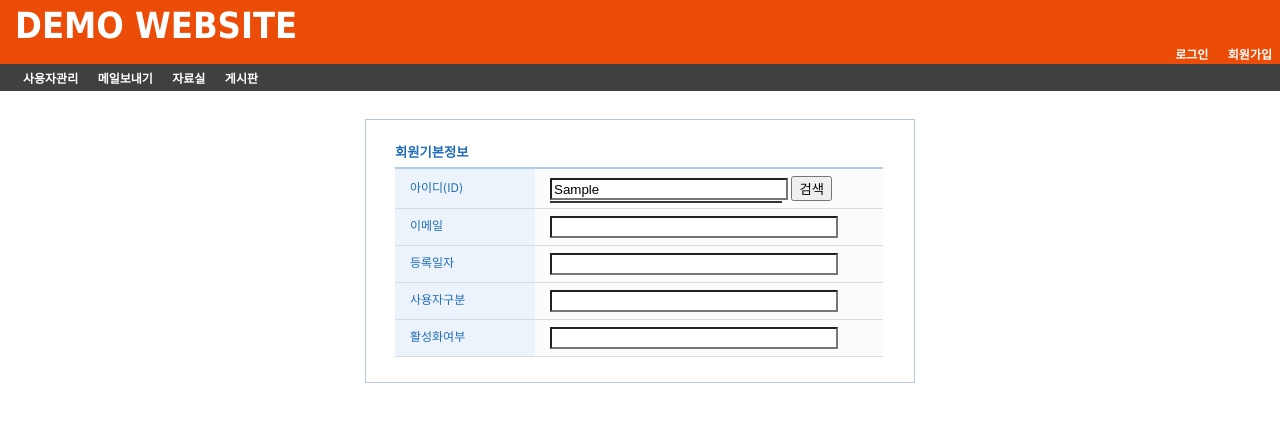
Repository: superThisMe/spring-basic
Page: http://localhost/07.spring-ajax/member-search-four
These files come from the project's save history. The page is drawn as it stood at one moment and after the next save; the edit follows.
The browser window is 1280 px wide. The pictures show the whole page.
Empty fields were first filled with sample values (such as "Sample", 5 or name@example.com).
After loading, the first visible `#memberId` was changed once.
The page is served by Tomcat 9. Other server files are loaded and not shown. Queries for data that is not in the repository find no rows.

Above is the page before, as saved 2020-01-03 07:05:10.

### 07.spring-ajax/src/main/webapp/WEB-INF/views/account/update4.jsp
<%@page import="com.demoweb.vo.Member"%>
<%@ page language="java" contentType="text/html; charset=utf-8"
	pageEncoding="utf-8"%>

<!DOCTYPE html>

<html>
<head>
<meta charset="utf-8" />
<title>사용자등록</title>
<link rel="Stylesheet" href="/ajax/resources/styles/default.css" />
<link rel="Stylesheet" href="/ajax/resources/styles/input.css" />

</head>
<body>

	<div id="pageContainer">

		<jsp:include page="/WEB-INF/views/modules/header.jsp" />

		<div id="inputcontent">
			<br /> <br />
			<div id="inputmain">
				<div class="inputsubtitle">회원기본정보</div>

				<form autocomplete="off">
					<table>
						<tr>
							<th>아이디(ID)</th>
							<td><input type="text" id="memberId" name="memberId"
								style="width: 230px" />
								<button id="search-button">검색</button></td>
						</tr>
						<tr>
							<th>이메일</th>
							<td><input type="text" id="email" name="email"
								style="width: 280px" readonly="readonly" /></td>
						</tr>
						<tr>
							<th>등록일자</th>
							<td><input type="text" id="regDate" name="regDate"
								style="width: 280px" readonly="readonly" /></td>
						</tr>
						<tr>
							<th>사용자구분</th>
							<td><input type="text" id="userType" name="userType"
								style="width: 280px" readonly="readonly" /></td>
						</tr>
						<tr>
							<th>활성화여부</th>
							<td><input type="text" id="active" name="active"
								style="width: 280px" readonly="readonly" /></td>
						</tr>

					</table>
					<div></div>
				</form>
			</div>
		</div>

	</div>
	<script src="https://code.jquery.com/jquery-3.4.1.js"></script>
	<script type="text/javascript">
		$(function() {
			$('#search-button').on('click', function(event) {

				var memberId = $('#memberId').val();
				if (!memberId) { // !memberId : memberId == null || memberId.length == 0
					alert('검색할 아이디를 입력하세요');
					$('#memberId').focus();
				}
				$.ajax({
					"url" : "search-member3",
					"method" : "GET",
					"async" : true,
					"data" : {
						"memberId" : memberId
					},
					"dataType" : "JSON",
					"success" : function(member, status, xhr) {
						if (member.error) {
							alert(member.error);
							return;
						}

						$('#email').val(member.email);
						// var regDate = new Date(member.regDate);
						// $('#regDate').val(regDate.getFullYear() + "-" + (regDate.getMonth() + 1) + "-" + regDate.getDate());
						$('#regDate').val(member.regDate);
						$('#userType').val(member.userType);
						$('#active').val(member.active ? "활성사용자" : "비활성사용자");
					},
					"error" : function(xhr, status, err) {
						alert(err);
					}
				});

			});

			var outerBox = $('<div></div>');
			outerBox.css({
				"border" : "solid 1px",
				"background-color" : "white",
				"width" : "230px",
				"display" : "none",
				"position" : "absolute",
				"left" : getLeft(),
				"top" : getTop()
			});
			$('body').append(outerBox);

			$('html').on('click', function(event) {
				outerBox.css('display', 'none');
			})

			$('#memberId').on('keyup', function(event) {

				var keyword = $(this).val();

				if (keyword.length == 0) {
					return;
				}

				$.ajax({
					"url" : "get-suggestions",
					"data" : {
						"keyword" : keyword
					},
					"success" : function(resp, status, xhr) {
						if (resp.error) {
							console.log(resp.error);
							return;
						}
						outerBox.empty();

						for (var i = 0; i < resp.length; i++) {
							var innerBox = $('<div></div>');
							innerBox.text(resp[i]);
							innerBox.css({
								"padding" : "5px"
							});
							innerBox.hover(function(event) {
								$(this).css('background-color', 'lightgray');
							}, function(event) {
								$(this).css('background-color', 'white');
							});
							innerBox.on('click', function(event) {
								$('#memberId').val($(this).text())
								outerBox.css('display', 'none');
							});
							outerBox.append(innerBox);
						}

						outerBox.css("display", "block");
					},
					"error" : function(xhr, status, err) {
						return err;
					}
				});

			});

			function getTop() {
				var t = document.getElementById("memberId");

				var topPos = 2 + t.offsetHeight;//현재 요소의 높이
				while (t.tagName.toLowerCase() != "body"
						&& t.tagName.toLowerCase() != "html") {
					topPos += t.offsetTop;//offsetTop : 상위 요소와의 y축 거리
					t = t.offsetParent; //상위 요소를 현재 요소에 대입
				}
				return topPos;
			}

			function getLeft() {
				var t = document.getElementById("memberId");

				var leftPos = 0;
				while (t.tagName.toLowerCase() != "body"
						&& t.tagName.toLowerCase() != "html") {
					leftPos += t.offsetLeft;//t와 상위 요소 사이의 x축 거리
					t = t.offsetParent;//t의 부모 요소
				}
				return leftPos;
			}

		});
	</script>

</body>
</html>

### 07.spring-ajax/src/main/webapp/WEB-INF/views/modules/header.jsp
<%@page import="com.demoweb.vo.Member"%>
<%@ page language="java" contentType="text/html; charset=utf-8"
	pageEncoding="utf-8"%>

<%@ taglib prefix="c" uri="http://java.sun.com/jsp/jstl/core"%>

<div id="header">
	<div class="title">
		<a href="/demoweb/home.action">DEMO WEBSITE</a>
	</div>
	<div class="links">

				<a href="#">로그인</a>
				<a href="#">회원가입</a>

	</div>
</div>

<div id="menu">
	<div>
		<ul>
			<li><a href="#">사용자관리</a></li>
			<li><a href="#">메일보내기</a></li>
			<li><a href="#">자료실</a></li>
			<li><a href="#">게시판</a></li>
		</ul>
	</div>
</div>

### 07.spring-ajax/src/main/webapp/resources/styles/default.css
@CHARSET "utf-8";

body {
	font-family: Tahoma, Arial, Helvetica;
	font-size: 12px;
}

body {
	background: #ffffff none repeat scroll 0;
	color: #333333;
	margin: 0;
	padding: 0;
}

#pageContainer {
	background: #ffffff none repeat scroll 0;
	margin: 0 auto;
	max-width: 100%;
	min-width: 600px;
	padding:0 0;
	text-align: left;
}

#header {
	background-color: #eb4c07;
	color: #ffffff;
	width: 100%;
	padding-bottom: 4px;
	height: 60px;
}

#header a {
	color: #ffffff;
	font-weight: bold;
	text-decoration: none;
}

#header .title {
	font-size: 36px;
	font-weight: bolder;
	padding-left: 15px;
	padding-top: 5px;
	float:left;
}

#header .links {
	padding-top:45px;
	float:right;
}

#header .links a {
	padding: 8px;
}

#menu {
	background-color: #404040;
	color: #ffffff;
	padding: 5px 15px 5px /* bottom - left - top - 0*/
}

#menu ul {
	display: inline;
	margin-left: 0;
	padding-left: 0;
}

#menu ul li {
	display: inline;
	list-style-image: none;
	list-style-position: outside;
	list-style-type: none;
	margin-left: 0;
}

#menu ul li a {
	color: #ffffff;
	font-weight: bold;
	text-decoration: none;
	padding: 8px;
}

#menu ul li a:hover, #menu ul li a:focus {
	background-color: #5a5a5a;
}

### 07.spring-ajax/src/main/webapp/resources/styles/input.css
#inputcontent
{
    width: 550px;
    margin: 0 auto;
    position: relative;
}
#inputmain
{
    padding-top: 25px;
    padding-left: 29px;
    padding-right: 29px;
    padding-bottom: 25px;
    line-height: 1.4em;
    border: #b4c8e5 1px solid;
    background-color: white;
}
#inputmain table
{
    width: 488px;
    margin-top: 5px;
    border-top: #b0cde9 2px solid;
    border-collapse: collapse;
}
#inputmain th
{
    width: 110px;
    padding: 5px 15px;
    border-bottom: #d2dbe7 1px solid;
    background-color: #edf3fa;
    font-weight: normal;
    color: #1f6cba;
    text-align: left;
}
#inputmain td
{
    width: 318px;
    padding: 7px 15px;
    border-bottom: #dcdcdc 1px solid;
    line-height: 18px;
    background-color: #fcfcfc;
    text-align:left;
}
#inputmain input
{
    height: 16px;
    background-color: #ffffff;
}
#inputmain .inputsubtitle
{
	width: 486px;
    font-size: 10pt;
    font-weight: bold;
    color: #1f6cba;
    text-align:left;
}
#inputmain .buttons
{
    width: 486px;
    height: 30px;
    margin-top: 25px;
    margin-bottom: 25px;
    text-align: center;
}

### 07.spring-ajax/src/main/java/com/demoweb/service/MemberService.java
package com.demoweb.service;

import java.util.List;

import com.demoweb.dao.MemberDao;
import com.demoweb.vo.Member;

public class MemberService {

	private MemberDao memberDao = new MemberDao();

	public Member searchMemberById(String memberId) {

		return memberDao.selectMemberById(memberId);

	}

	public List<String> searchIdList(String id) {

		return memberDao.getMemberIdListByKey(id);

	}




}

### 07.spring-ajax/src/main/java/com/demoweb/dao/MemberDao.java
package com.demoweb.dao;

import java.sql.Connection;
import java.sql.DriverManager;
import java.sql.PreparedStatement;
import java.sql.ResultSet;
import java.util.ArrayList;
import java.util.List;

import com.demoweb.vo.Member;

public class MemberDao {

	public Member selectMemberById(String memberId) {

		Connection conn = null;
		PreparedStatement pstmt = null;
		ResultSet rs = null; //조회 결과를 참조하는 변수

		Member member = null; // 조회 결과를 저장할 변수

		try {
			//1. 드라이버 등록
			Class.forName("oracle.jdbc.OracleDriver");

			//2. 연결 만들기
			conn = DriverManager.getConnection(
					"jdbc:oracle:thin:@localhost:1521:xe",// 연결 정보
					"demoweb", "9922"); //계정 정보

			//3. SQL 작성 + 명령 만들기
			String sql =
					"SELECT memberid, email, usertype, active, regdate " +
					"FROM MEMBER " +
					"WHERE memberid = ?";
			pstmt = conn.prepareStatement(sql);
			pstmt.setString(1, memberId);

			//4. 명령 실행
			rs = pstmt.executeQuery(); // select를 위한 메서드

			//5. 결과가 있다면 결과 처리 (select)
			if (rs.next()) { //조회된 데이터가 있다면
				//조회된 데이터를 Member 객체에 저장
				member = new Member();
				member.setMemberId(rs.getString(1));
				member.setEmail(rs.getString(2));
				member.setUserType(rs.getString(3));
				member.setActive(rs.getBoolean(4));
				member.setRegDate(rs.getDate(5));
			}
		} catch (Exception ex) {
			ex.printStackTrace();
		} finally {
			//6. 연결 종료
			try { rs.close(); } catch (Exception ex) {}
			try { pstmt.close(); } catch (Exception ex) {}
			try { conn.close(); } catch (Exception ex) {}
		}

		return member; //조회된 데이터를 저장항 Member 객체 반환
	}

	public List<String> getMemberIdListByKey(String id) {
		Connection conn = null;
		PreparedStatement pstmt = null;
		ResultSet rs = null;
		ArrayList<String> idList = new ArrayList<String>();
		try {
			Class.forName("oracle.jdbc.OracleDriver");

			conn = DriverManager.getConnection(
					"jdbc:oracle:thin:@localhost:1521:xe",// 연결 정보
					"demoweb", "9922"); //계정 정보
			String sql =
				"SELECT memberid " +
				"FROM member WHERE memberid LIKE ?";
			pstmt = conn.prepareStatement(sql);
			pstmt.setString(1, id + "%");
			rs = pstmt.executeQuery();
			while (rs.next()) {
				idList.add(rs.getString(1));
			}
		} catch (Exception ex) {
		} finally {
			try { rs.close(); } catch (Exception ex) {}
			try { pstmt.close(); } catch (Exception ex) {}
			try { conn.close(); } catch (Exception ex) {}
		}
		return idList;
	}



}

After the next save:
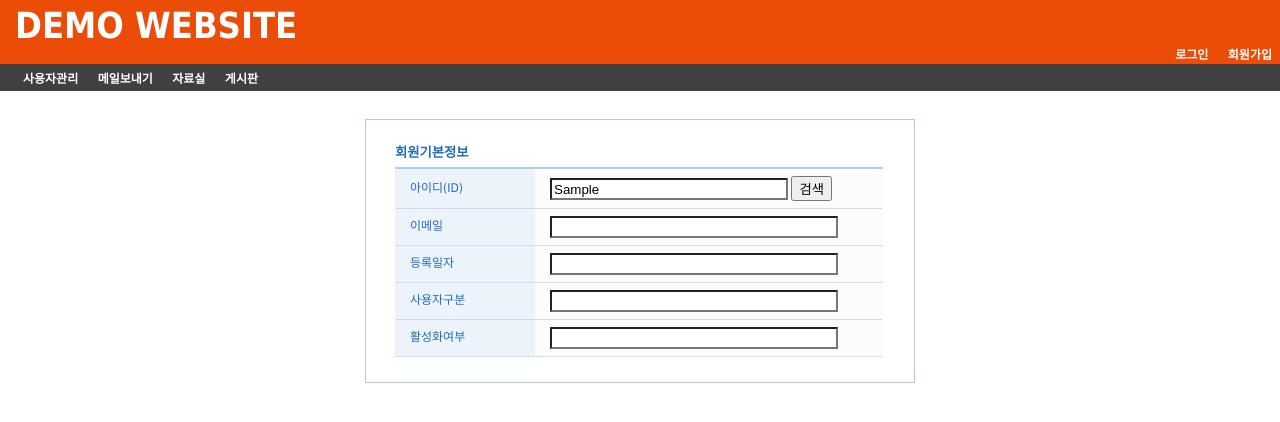
Saved 87 s later.
--- a/07.spring-ajax/src/main/webapp/WEB-INF/views/account/update4.jsp
+++ b/07.spring-ajax/src/main/webapp/WEB-INF/views/account/update4.jsp
@@ -131,6 +131,12 @@
 							console.log(resp.error);
 							return;
 						}
+
+						if (resp.length == 0) {
+							outerBox.css("display", "none");
+							return;
+						}
+
 						outerBox.empty();
 
 						for (var i = 0; i < resp.length; i++) {
